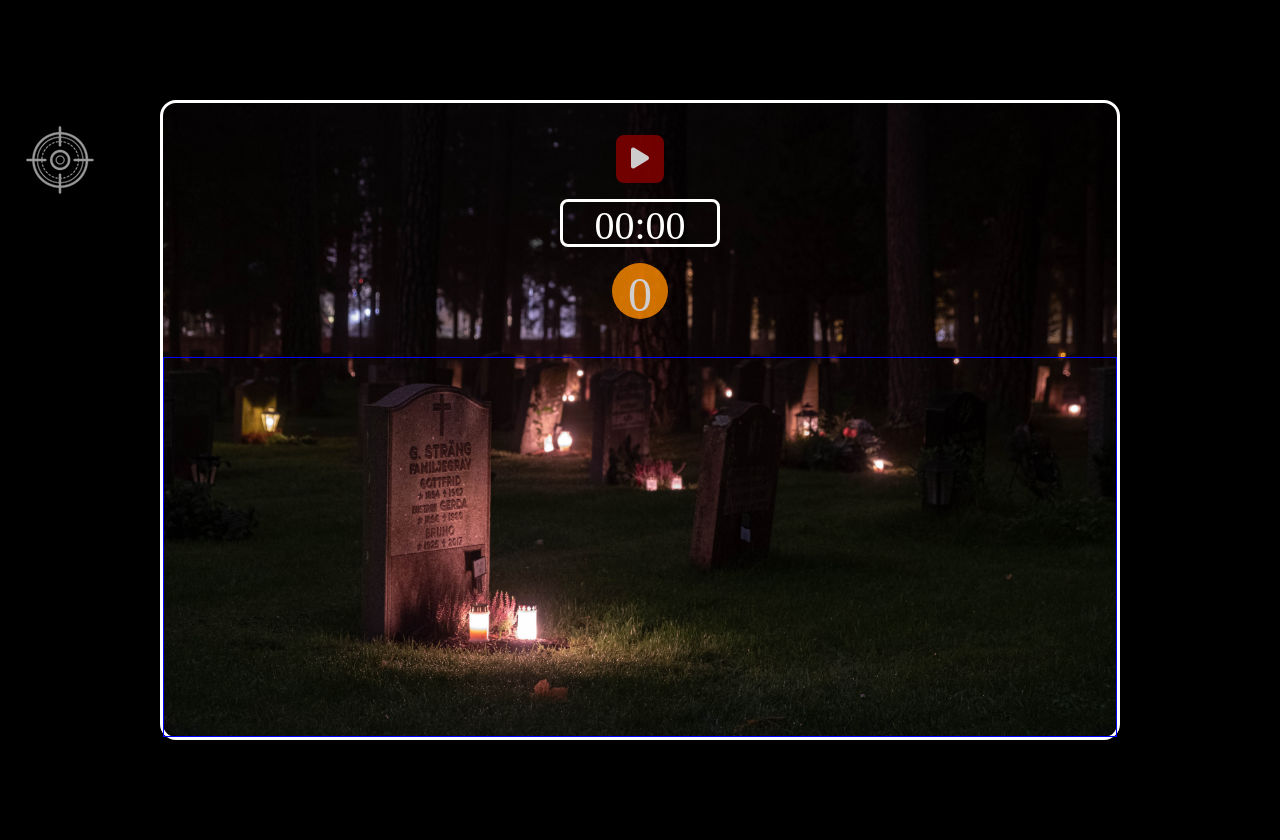
Repository: MrJinkyu/ZombieGame
Page: index.html
These files come from the project's save history. The page is drawn as it stood at one moment and after the next save; the edit follows.
The browser window is 1280 px wide. The pictures show the whole page.
Some web libraries are served in a nearby version.

Above is the page before, as saved 2023-04-09 15:13:21.

After the next save:
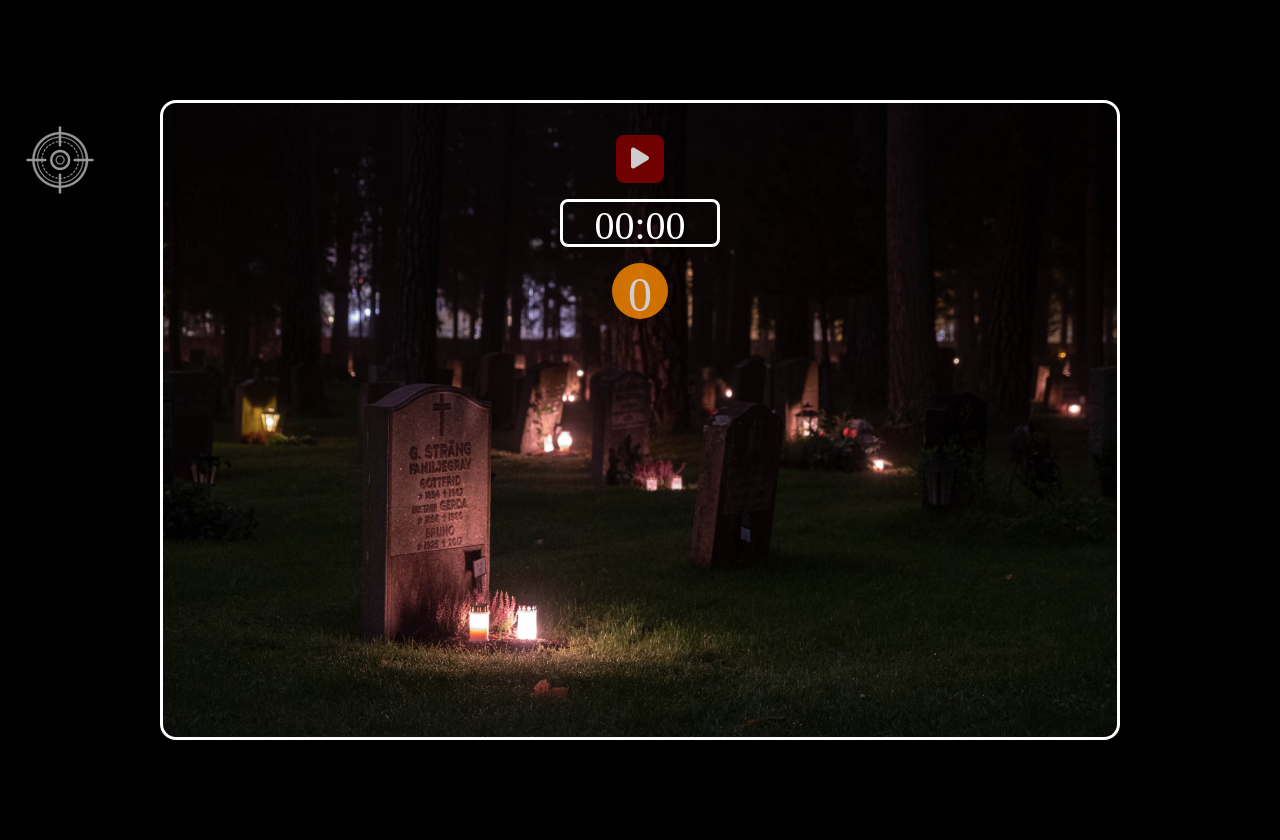
Saved 16 s later.
--- a/style.css
+++ b/style.css
@@ -81,7 +81,6 @@ body{
     width: 100%;
     height: 60%;
     position: relative;
-    border: 1px solid blue;
 }
 
 .zombie{
@@ -94,7 +93,7 @@ body{
     transform: scale(1.1);
 }
 
-.zombie:hover ~ .game__target{
+.zombie:hover  .game__target{
     border: 1px solid red;
 }
 
